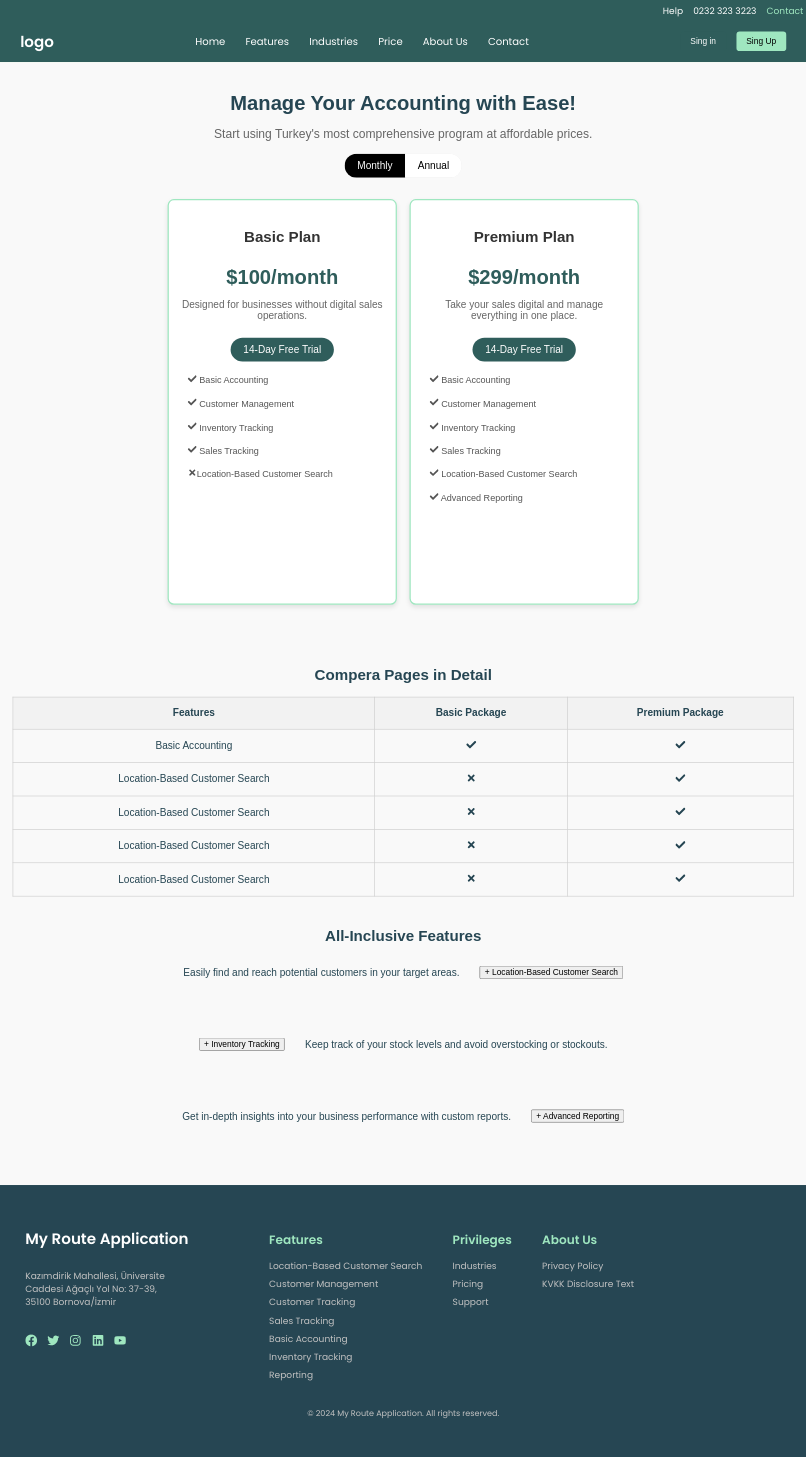
Repository: senolinanyasar/myrouteapplication
Page: /pricing
An editor plug-in stored every save of this project. The page is shown before and after the next save, followed by the edit.
The browser window is 1280 px wide. The pictures show the whole page, at 63% of full size.
The project was rebuilt for these pictures with package versions that can differ from the ones it lists, and the page was loaded fresh each time. Also part of the build but not shown: vite.config.js, src/components/HeroSection.css, src/components/HeroSection.js, src/components/FeaturesSection.js, src/components/PricingSection.css, src/components/PricingSection.js, src/components/SupportSection.css, src/components/SupportSection.js and 3 more.

Above is the page before, as saved 2024-11-16 21:55:50.

### src/index.css
@import url('https://fonts.googleapis.com/css2?family=Poppins:wght@400;600&display=swap');

body {
  font-family: 'Poppins', sans-serif;
  color: #264653;
  background-color: #f1faee;
  margin: 0;
  padding: 0;
  box-sizing: border-box;
}

code {
  font-family: source-code-pro, Menlo, Monaco, Consolas, 'Courier New',
    monospace;
}

### src/App.js
import React from 'react';
import { BrowserRouter as Router, Route, Routes } from 'react-router-dom';
import Header from './components/Header';
import HomePage from './components/HomePage';
import PricingPage from './components/PricingPage';
import TopBar from './components/TopBar';
import Footer from './components/Footer';


function App() {
  return (
    <Router>
      <TopBar/>
      <Header />
      <Routes>
        <Route path='/' element={<HomePage />} />
        <Route path='/pricing' element={<PricingPage />} />

      </Routes>
      <Footer/>
    </Router>

  );
}

export default App;

### src/components/Header.js
// Header.js
import React from 'react';
import './Header.css';
import { Link } from 'react-router-dom';

const Header = () => {
    return (
        <header className="header">
            <div className="header-logo">logo</div>
            <nav className="header-nav">

                    <Link to="/">Home</Link>
                    <Link to="/features">Features</Link>
                    <Link to="/industries">Industries</Link>
                    <Link to="/pricing">Price</Link>
                    <Link to="/aboutus">About Us</Link>
                    <Link to="/contact">Contact</Link>



            </nav>
            <div className="header-buttons">
                <button className="login-button">Sing in</button>
                <button className="register-button">Sing Up</button>
            </div>
        </header>
    );
};


export default Header;

### src/components/PricingPage.js
// PricingPage.js

import React, { useState } from "react";
import './PricingPage.css';
import { FaCheck, FaTimes } from "react-icons/fa";


const PricingPage = () => {
    const [isAnnual, setIsAnnual] = useState(false);

    return (
        <section className="pricing-page">
            <div className="pricing-header">
                <h1>Manage Your Accounting with Ease!</h1>
                <p>Start using Turkey's most comprehensive program at affordable prices.</p>
                <div className="toggle-buttons">
                    <button
                        className={`toggle-btn ${!isAnnual ? "active" : ""}`}
                        onClick={() => setIsAnnual(false)}
                    >
                        Monthly
                    </button>
                    <button
                        className={`toggle-btn ${isAnnual ? "active" : ""}`}
                        onClick={() => setIsAnnual(true)}
                    >
                        Annual
                    </button>
                </div>
            </div>
            <div className="pricing-plans">
                <div className="plan basic-plan">
                    <h3>Basic Plan</h3>
                    <p className="price">
                        {isAnnual ? "$1,000/year" : "$100/month"}
                    </p>
                    <p className="subtext">
                        Designed for businesses without digital sales operations.
                    </p>
                    <button className="try-button">14-Day Free Trial</button>
                    <ul>
                        <li><FaCheck /> Basic Accounting</li>
                        <li><FaCheck /> Customer Management</li>
                        <li><FaCheck /> Inventory Tracking</li>
                        <li><FaCheck /> Sales Tracking</li>
                        <li><FaTimes className="not-included" />Location-Based Customer Search</li>
                    </ul>
                </div>
                <div className="plan premium-plan">
                    <h3>Premium Plan</h3>
                    <p className="price">
                        {isAnnual ? "$3,000/year" : "$299/month"}
                    </p>
                    <p className="subtext">
                        Take your sales digital and manage everything in one place.
                    </p>
                    <button className="try-button">14-Day Free Trial</button>

                    <ul>
                        <li><FaCheck /> Basic Accounting</li>
                        <li><FaCheck /> Customer Management</li>
                        <li><FaCheck /> Inventory Tracking</li>
                        <li><FaCheck /> Sales Tracking</li>
                        <li><FaCheck /> Location-Based Customer Search</li>
                        <li><FaCheck /> Advanced Reporting</li>
                    </ul>
                </div>
            </div>


            <div className="comparison-table">
                <h2>Compera Pages in Detail</h2>
                <table>
                    <thead>
                        <tr>
                            <th>Features</th>
                            <th>Basic Package</th>
                            <th>Premium Package</th>
                        </tr>
                    </thead>
                    <tbody>
                        <tr>
                            <td>Basic Accounting</td>
                            <td><FaCheck /></td>
                            <td><FaCheck /></td>
                        </tr>
                        <tr>
                            <td>Location-Based Customer Search</td>
                            <td><FaTimes className="not-included" /></td>
                            <td><FaCheck /></td>
                        </tr>
                        <tr>
                            <td>Location-Based Customer Search</td>
                            <td><FaTimes className="not-included" /></td>
                            <td><FaCheck /></td>
                        </tr>
                        <tr>
                            <td>Location-Based Customer Search</td>
                            <td><FaTimes className="not-included" /></td>
                            <td><FaCheck /></td>
                        </tr>
                        <tr>
                            <td>Location-Based Customer Search</td>
                            <td><FaTimes className="not-included" /></td>
                            <td><FaCheck /></td>
                        </tr>
                    </tbody>
                </table>
            </div>

            <div className="features-expand">
                <h2> All-Inclusive Features</h2>
                <div className="feature">
                    <button className="feature-toggle">+ Location-Based Customer Search</button>
                    <p className="feature-description">Easily find and reach potential customers in your target areas.</p>
                </div>
                <div className="feature">
                    <button className="feature-toggle">+  Inventory Tracking</button>
                    <p className="feature-description">Keep track of your stock levels and avoid overstocking or stockouts.</p>
                </div>
                <div className="feature">
                    <button className="feature-toggle">+ Advanced Reporting</button>
                    <p className="feature-description">Get in-depth insights into your business performance with custom reports.</p>
                </div>
            </div>
        </section>
    );

};

export default PricingPage;

### src/components/TopBar.js
// TopBar.js
import React from 'react';
import './TopBar.css';

const TopBar = () => {
    return (
        <div className="top-bar">
            <div className="top-bar-content">
                <span>Help</span>
                <span>0232 323 3223</span>
                <a href="#contact">Contact</a>
            </div>
        </div>
    );
};

export default TopBar;

### src/components/Footer.js
// Footer.js

import React from 'react';
import './Footer.css';
import { FaFacebook, FaInstagram, FaLinkedin, FaTwitter, FaYoutube } from 'react-icons/fa';

const Footer = () => {
    return (
        <footer className="footer">
            <div className='footer-content'>
                <div className='footer-left'>
                    <div className='footer-logo'>
                        <h2>My Route Application</h2>
                    </div>
                    <p>Kazımdirik Mahallesi, Üniversite <br />Caddesi Ağaçlı Yol No: 37-39, <br />35100 Bornova/İzmir</p>
                    <div className='social-icons'>
                        <FaFacebook />
                        <FaTwitter />
                        <FaInstagram />
                        <FaLinkedin />
                        <FaYoutube />
                    </div>
                </div>

                <div className="footer-right">
                <br/><br/><br/><br/>
                    <div className='footer-section'>
                        <h4>Features</h4>
                        <ul>
                            <li>Location-Based Customer Search</li>
                            <li>Customer Management</li>
                            <li>Customer Tracking</li>
                            <li>Sales Tracking</li>
                            <li>Basic Accounting</li>
                            <li>Inventory Tracking</li>
                            <li>Reporting</li>
                        </ul>
                    </div>

                    <div className="footer-section">
                        <h4>Privileges</h4>
                        <ul>
                            <li>Industries</li>
                            <li>Pricing</li>
                            <li>Support</li>
                        </ul>
                    </div>

                    <div className="footer-section">
                        <h4>About Us</h4>
                        <ul>
                            <li>Privacy Policy</li>
                            <li>KVKK Disclosure Text</li>
                        </ul>
                    </div>
                </div>
            </div>

            <div className="footer-bottom">
                <p>&copy; 2024 My Route Application. All rights reserved.</p>
            </div>
        </footer>
    );
};

export default Footer;

### src/components/Header.css
/* Header.css */
.header{
    display: flex;
    justify-content: space-between;
    align-items: center;
    padding: 1rem 2rem;
    background-color: #2f5d5b;
    color: white;
    margin-top: 2rem;
    position: sticky;
    top: 2rem;
    z-index: 999;
}


.header-logo {
    font-size: 1.5rem;
    font-weight: bold;
}
.header-nav a{
    margin: 0 1rem;
    color: white;
    text-decoration: none;
}
.header-nav a:hover {
    color: #e9c46a;
  }

.header-buttons button{
    margin-left: 1rem;
    padding: 0.5rem 1rem;
    border: none;
    border-radius: 5px;
}

.login-button{
    background-color: #2f5d5b;
    color: white;
}

.register-button{
    background-color: #9fe7c0;
    color: black;
}

### src/components/PricingPage.css
/* PricingPage.css */

.pricing-page{
    font-family: "Arial",sans-serif;
    padding: 20px;
    text-align: center;
    background-color: #f9f9f9;
    text-align: center;
}

.pricing-header{
    text-align: center;
    margin-bottom: 30px;
}
.pricing-header h1{
    font-size: 2rem;
    font-weight: bold;
    margin-bottom: 10px;
}

.pricing-header p{
    margin-bottom: 20px;
    color: #666;
    font-size: 1.2rem;
}

.toggle-buttons{
    display: inline-block;
    background-color: #e9e9e9;
    border-radius: 20px;
    overflow: hidden;
}

.toggle-btn{
    padding: 10px 20px;
   font-size: 1rem;
    cursor: pointer;
    color: #000;
    border: none;
    background:  #fff;
    transition: all 0.3s;
}
.toggle-buttons .active{
    background-color: #000;
    color: #fff;
}

.pricing-plans{
    display: flex;
    justify-content: center;
    gap: 20px;
    margin-top: 30px;
    align-items: center;

}

.plan {
    background: #fff;
    border: 1px solid #ddd;
    border-radius: 10px;
    padding: 20px;
    width: 320px;
    height: 600px;
    margin-bottom: 50px;
    text-align: center;
    transition: transform 0.3s ease;
    box-shadow: 0px 4px 8px rgba(0, 0, 0, 0.1);
}

.plan:hover{
    transform: scale(1.05);
}
.plan h3{
    font-size: 1.5rem;
    color: #333;
    margin-bottom: 10px;
}

.plan .price{
    font-size: 2rem;
    font-weight: bold;
    color: #2f5d5b;
    margin-bottom: 10px;
}

.plan .subtext{
    font-size: 1rem;
    color: #666;
    margin-bottom: 15px;
}



.plan ul{
    list-style: none;
    padding: 0;
    margin-top: 20px;
}

.plan ul li{
    color: #555;
    font-size: 0.9rem;
    margin-bottom: 20px;
    margin-left: 10px;
    text-align: left;
}

.try-button{
    background: #2f5d5b;
    color: #fff;
    padding: 10px 20px;
    border: none;
    border-radius: 20px;
    cursor: pointer;
    font-size: 1rem;
    margin-top: 10px;
    transition: transform 0.3s ease;
}

.try-button:hover{
    background: #9fe7c0;
}
.basic-plan{
    border: 2px solid #9fe7c0;
}
.premium-plan{
    border: 2px solid #9fe7c0;
}
.comparison-table{
    margin-top: 3rem;
    text-align: center;
}

.comparison-table table{

    width: 100%;
    border-collapse: collapse;
}

.comparison-table th,
.comparison-table td{
    padding: 1rem;
    border: 1px solid #ccc
}

.comparison-table th{
    background-color: #f2f2f2;
}

.comparison-table td{
    text-align: center;
}

.features-expand{
    margin-top: 3rem;
}

.feture{
    margin-top: 1rem;
}


.feture-toggle{
    background: none;
    border: none;
    font-size: 1rem;
    font-weight: bold;
    color: #2a9d8f;
    cursor: pointer;
    display: block;
    text-align: left;
    padding: 0.5rem;
}

.feture-description{
    display: none;
    color: #6d6d6d;
    font-size: 0.9rem;
    margin-top: 0.5rem;
}

.feture-toggle:focus + .feture-description,
.feture-toggle:hover + .feture-description{
    display: block;
}

### src/components/TopBar.css
/* TopBar.css */

.top-bar {
    background-color: #2f5d5b;
    color: white;
    padding: 0.5rem;
    font-size: 0.9rem;
    display: flex;
    justify-content: center;
    position: fixed;
    top: 0;
    width: 99%;
    z-index: 1000;
}
.top-bar-content {
    display: flex;
    gap: 1rem;
    align-items: center;
    justify-content: flex-end;
    width: 100%;
}

.top-bar-content span{
    color: #ffffff;
}
.top-bar-content a{
    color: #9fe7c0;
    text-decoration: none;
    transition: color 0.3s;
}

.top-bar-content a:hover{
    color: #c3f2d0;
}

### src/components/Footer.css
/* Footer.css */

.footer {
    background-color: #264653;
    color: #ffffff;
    padding: 3rem 2rem;
}
.footer-content{
    display: flex;
    max-width: 1200px;
    justify-content: space-around;
    margin: 0 auto;
}

.footerleft{
    flex: 1;
    max-width: 300px;
}

.footer-logo h2{
    font-size: 1.5rem;
    color: #ffffff;
    margin-bottom: 2rem;
}


.footer-left p{
    color: #c3c3c3;
    font-size: 0.9rem;
    margin-bottom: 2.5rem;
}

.social-icons{
    display: flex;
    gap: 1rem;
    font-size: 1.2rem;
}


.social-icons svg{
    color: #9fe7c0;
    cursor: pointer;
    transition: color 0.3s ease;
}
.social-icons svg:hover {
    color: #c3f2d0;
}

.footer-right{
    display: flex;
    gap: 3rem;
    flex: 2;
    margin-left: 5rem;
}

.footer-section{
    text-align: left;
}
.footer-section h4{
    font-size: 1.2rem;
    color: #9fe7c0;
    margin-bottom: 1rem;
}
.footer-section ul{
    list-style: none;
    padding: 0;
    margin: 0;

}

.footer-section ul li{
    font-size: 0.9rem;
    margin-bottom: 0.5rem;
    color: #c3c3c3;
    cursor: pointer;
    transition: color 0.3s ease;
}

.footer-sectionul li:hover{
    color: #ffffff;
}

.footer-bottom{
    text-align: center;
    font-size: 0.8rem;
    color: #c3c3c3;
    margin-top: 2rem;
}

### src/components/FeaturesSection.css
/* FeaturesSection.css */
.features-section {
    padding: 4rem 2rem;
    text-align: center;
}

.features-title {
    font-size: 2rem;
    font-weight: 600;
    color: #264653;
    margin-bottom: 3rem;
    line-height: 1.2;
}



.feature {
    display: flex;
    align-items: center;
    justify-content: center;
    gap: 2rem;
    margin-bottom: 4rem;
    flex-direction: row;
}

.feature:nth-child(even) {
    flex-direction: row-reverse;
}

.feature-text {
    flex: 1;
    max-width: 500px;
    text-align: left;
}

.features h3 {
    font-size: 1.8rem;
    font-weight: 600;
    color: #264653;
    margin-bottom: 1rem;
}

.feature-text p {
    font-size: 1.1rem;
    color: #6d6d6d;
    margin-bottom: 1.5rem;
}

.cta-button {
    padding: 0.8rem 1.5rem;
    font-size: 1rem;
    color: #2f5d5b;
    background-color: #9fe7c0;
    border: none;
    border-radius: 5px;
    cursor: pointer;
    transition: background-color 0.3s ease;
    text-align: center;
}

.cta-button:hover {
    background-color: #c3f2d0;
}

.feature-image {
    flex: 1;
    max-width: 400px;
    height: auto;
}

.feature-image img {
    width: 100%;
    height: auto;
    object-fit: cover;
    border-radius: 10px;
}

Loaded but not shown: public/index.html (common file); src/index.js (common file); src/reportWebVitals.js (common file)

After the next save:
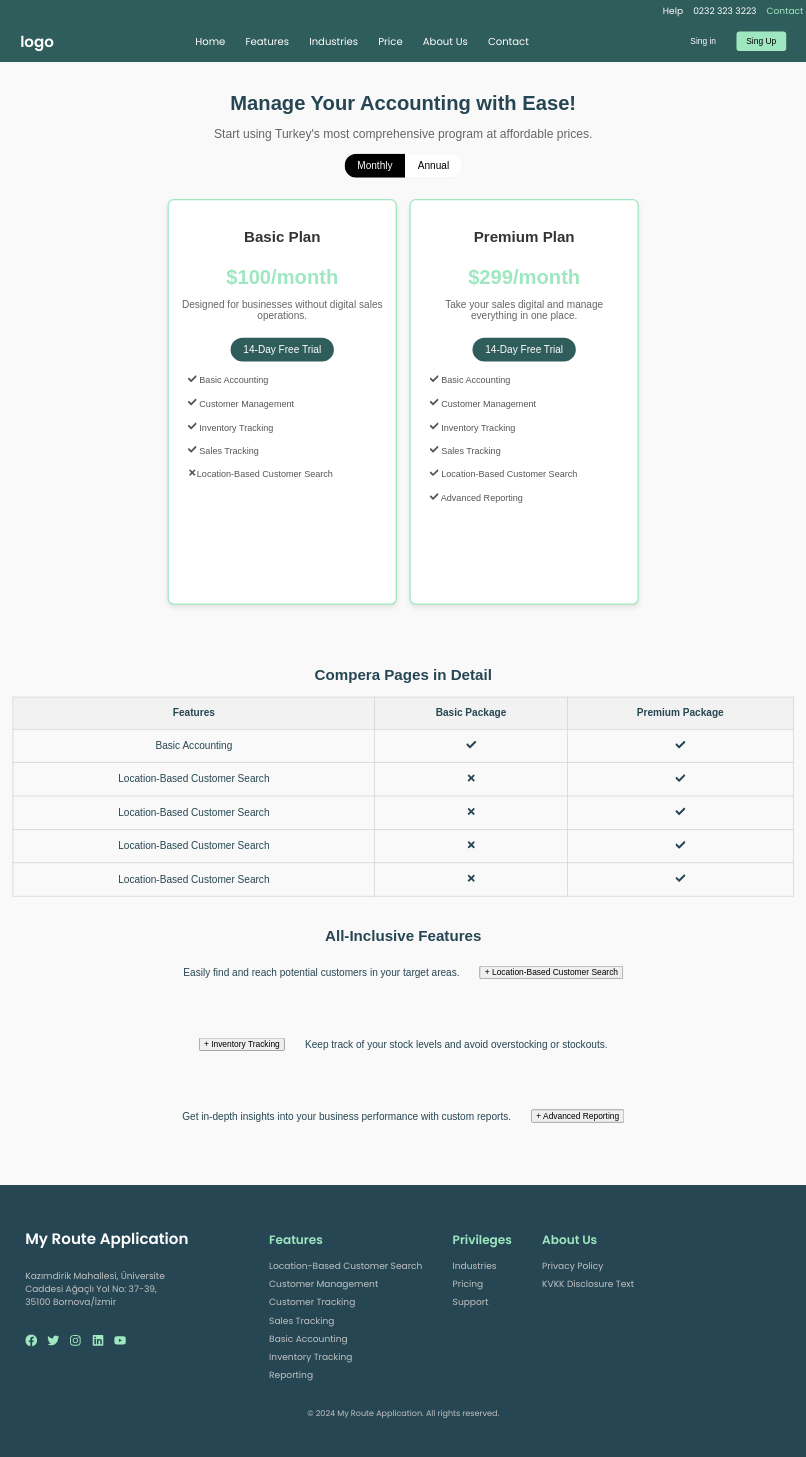
Saved 11 s later.
--- a/src/components/PricingPage.css
+++ b/src/components/PricingPage.css
@@ -79,7 +79,7 @@
 .plan .price{
     font-size: 2rem;
     font-weight: bold;
-    color: #2f5d5b;
+    color: #9fe7c0;
     margin-bottom: 10px;
 }
 
